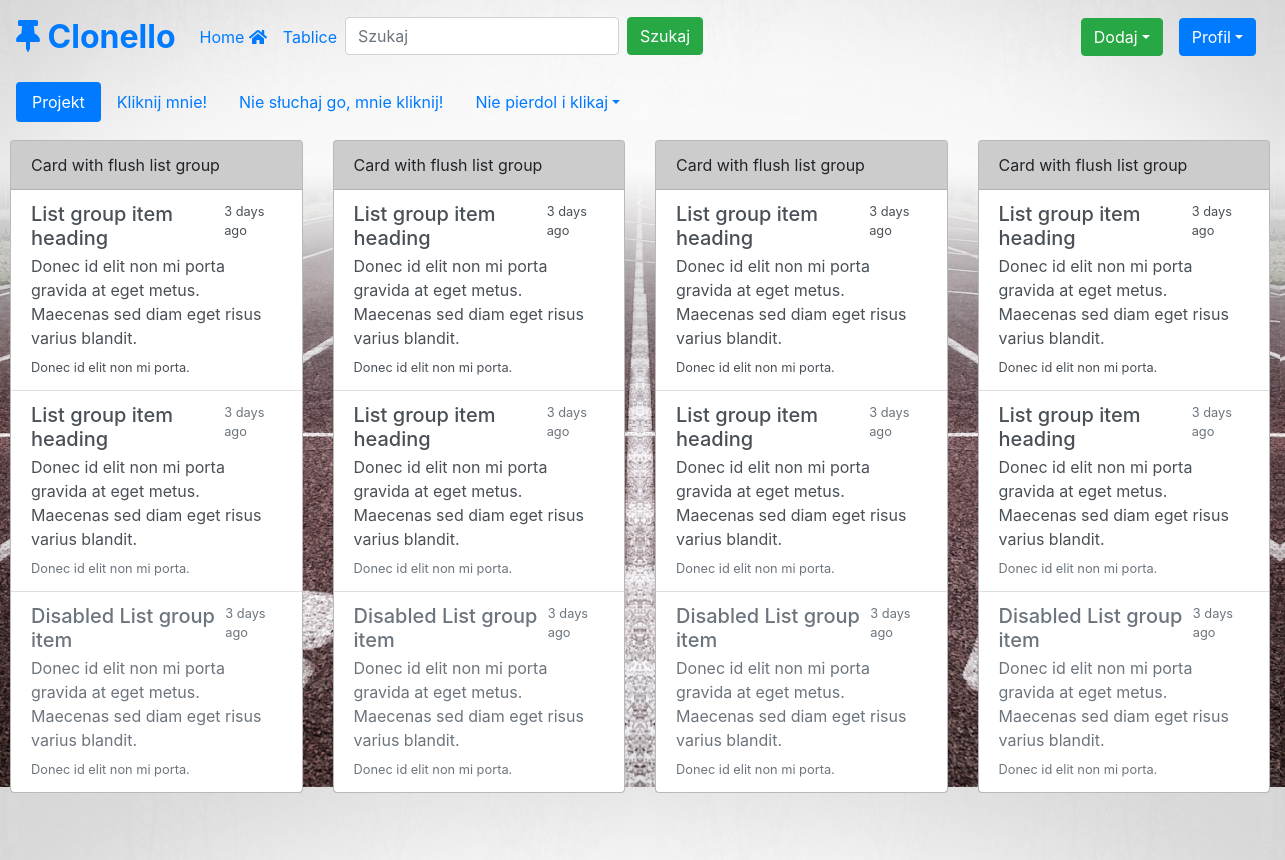
Repository: jnehlt/PAW-lab
Page: / (app in Frontend/clonello/)
An editor plug-in stored every save of this project. The page is shown before and after a run of saves, followed by the edit.
The browser window is 1280 px wide. The page is 1285 px wide, so the pictures cover 1285 px, including what lies to the right of the window. The pictures show the whole page.
The project was rebuilt for these pictures with package versions that can differ from the ones it lists, and the page was loaded fresh each time.

Above is the page before, as saved 2020-04-24 23:52:43.

### Frontend/clonello/src/main.js
import "@babel/polyfill";
import "mutationobserver-shim";
import Vue from "vue";
import "./plugins/bootstrap-vue";
import App from "./App.vue";
import router from "./router";
import "@fortawesome/fontawesome-free/css/all.css";
import "@fortawesome/fontawesome-free/js/all.js";

Vue.config.productionTip = false;

new Vue({
  router,
  render: h => h(App)
}).$mount("#app");

### Frontend/clonello/src/App.vue
<template>
  <div id="app">
    <topheader></topheader>
    <projectheader></projectheader>

    <div class="row">
        <maincard></maincard>
        <maincard></maincard>
        <maincard></maincard>
        <maincard></maincard>
        <maincard></maincard>
        <maincard></maincard>
        <maincard></maincard>
        <maincard></maincard>
    </div>
    <router-view />
  </div>
</template>

<script>
import TopHeader from "@/components/TopHeader.vue";
import ProjectHeader from "@/components/ProjectHeader.vue";
import MainCard from "@/components/MainCard.vue";

export default {
  components: {
    "topheader": TopHeader,
    "projectheader": ProjectHeader,
    "maincard": MainCard
  }
};
</script>

<style lang="scss">

body {
    background-image: url("../src/assets/running-track-sn-3000x2001.jpg");
    background-size: cover;
    background-position: center;
}

.dropdown-header {
    font-size: larger;
    font-weight: bolder;
}

html, body {
    height: 100%;
}

.list-head {
    font-weight: bolder;
    text-transform: uppercase;
}

.row {
  display: flex;
  flex-wrap: nowrap;
  overflow-x: auto;
  margin-left: -5px;
  margin-right: -5px;
  margin-top: 10px;
  height: 100vh;
}

::-webkit-scrollbar {
  height: 4px;              /* height of horizontal scrollbar ← You're missing this */
  width: 4px;               /* width of vertical scrollbar */
  border: 1px solid #d5d5d5;
  margin-left: -5px;
  margin-right: -5px;
}


</style>

### Frontend/clonello/src/components/TopHeader.vue
<template>
  <div>
    <nav class="navbar navbar-expand-lg">
      <a class="navbar-brand" href="#"><i class="fas fa-thumbtack"></i> Clonello</a>
      <button class="navbar-toggler navbar-dark" type="button" data-toggle="collapse" data-target="#navbarNav" aria-controls="navbarNav" aria-expanded="false" aria-label="Toggle navigation">
          <span class="navbar-toggler-icon"></span>
      </button>
      <div class="collapse navbar-collapse" id="navbarNav">
        <ul class="navbar-nav mr-auto">
          <li class="nav-item">
            <a class="nav-link" href="#">Home <i class="fas fa-home"></i></a>
          </li>
          <li class="nav-item">
            <a class="nav-link" href="#">Tablice</a>
          </li>
          <li class="nav-item">
            <form class="form-inline my-2 my-lg-0">
              <input class="form-control mr-sm-2" type="search" placeholder="Szukaj" aria-label="Search">
              <button class="btn btn-success my-2 my-sm-0" type="submit">Szukaj</button>
            </form>
          </li>
        </ul>
        <ul class="navbar-right navbar-nav">
          <li>
            <b-dropdown id="dropdown-right" right text="Dodaj" variant="success" class="m-2">
              <b-dropdown-item href="#">Coś</b-dropdown-item>
              <b-dropdown-item href="#">Coś innego</b-dropdown-item>
              <b-dropdown-item href="#">Dobra, spierdalaj!</b-dropdown-item>
            </b-dropdown>
            <b-dropdown id="dropdown-right" right text="Profil" variant="primary" class="m-2">
              <b-dropdown-item href="#">Ustawienia</b-dropdown-item>
              <b-dropdown-item href="#">Wyloguj</b-dropdown-item>
            </b-dropdown>
          </li>
        </ul>
      </div>
    </nav>
  </div>
  <!-- class="btn btn-success" type="button" data-toggle="collapse" data-target="#collapseAdd" aria-expanded="false" aria-controls="collapseAdd">Dodaj <i class="fas fa-plus"></i>
            </button> -->
</template>

<script>



export default {

};
</script>

<!-- Add "scoped" attribute to limit CSS to this component only -->
<style scoped lang="scss">
.navbar-brand {
    font-weight: bolder;
    font-size: 2em;
}

.navbar {
    background-color: transparent;
}

.navbar-toggler {
    background-color: #4e555b;
}

</style>

### Frontend/clonello/src/components/ProjectHeader.vue
<template>
  <div>
      <div class="navbar navbar-expand-lg">
      <ul class="nav nav-pills nav-fill">
        <li class="nav-item">
          <a class="nav-link active" href="#">Projekt</a>
        </li>
        <li class="nav-item">
          <a class="nav-link" href="#">Kliknij mnie!</a>
        </li>
        <li class="nav-item">
          <a class="nav-link" href="#">Nie słuchaj go, mnie kliknij!</a>
        </li>
        <li class="nav-item dropdown">
          <b-nav-item-dropdown text="Nie pierdol i klikaj" right>
            <b-dropdown-item href="#">Wkurwia</b-dropdown-item>
            <b-dropdown-item href="#">Mnie</b-dropdown-item>
            <b-dropdown-item href="#">Ta</b-dropdown-item>
            <b-dropdown-item href="#">Uczelnia</b-dropdown-item>
          </b-nav-item-dropdown>
        </li>
      </ul>
    </div>
  </div>
</template>

<script>
export default {

}
</script>

<style>
.navbar-brand {
    font-weight: bolder;
    font-size: 2em;
}

.navbar {
    background-color: transparent;
}

.navbar-toggler {
    background-color: #4e555b;
}

</style>

### Frontend/clonello/src/components/MainCard.vue
<template>
        <div class="col-3 col-md-3 col-sm-3">
            <b-card id="duties-card" no-body header="Card with flush list group">
                <b-list-group flush="">
                    <b-list-group-item href="#" class="flex-column align-items-start">
                        <div class="d-flex w-100 justify-content-between">
                        <h5 class="mb-1">List group item heading</h5>
                        <small>3 days ago</small>
                        </div>

                        <p class="mb-1">
                        Donec id elit non mi porta gravida at eget metus. Maecenas sed diam eget risus varius blandit.
                        </p>

                        <small>Donec id elit non mi porta.</small>
                    </b-list-group-item>

                    <b-list-group-item href="#" class="flex-column align-items-start">
                        <div class="d-flex w-100 justify-content-between">
                        <h5 class="mb-1">List group item heading</h5>
                        <small class="text-muted">3 days ago</small>
                        </div>

                        <p class="mb-1">
                        Donec id elit non mi porta gravida at eget metus. Maecenas sed diam eget risus varius blandit.
                        </p>

                        <small class="text-muted">Donec id elit non mi porta.</small>
                    </b-list-group-item>

                    <b-list-group-item href="#" disabled class="flex-column align-items-start">
                        <div class="d-flex w-100 justify-content-between">
                        <h5 class="mb-1">Disabled List group item</h5>
                        <small class="text-muted">3 days ago</small>
                        </div>

                        <p class="mb-1">
                        Donec id elit non mi porta gravida at eget metus. Maecenas sed diam eget risus varius blandit.
                        </p>

                        <small class="text-muted">Donec id elit non mi porta.</small>
                    </b-list-group-item>
                </b-list-group>
            </b-card>
        </div>
</template>

<script>
export default {

}
</script>

<style>
#duties-card {
    background-color: lightgray;
}

</style>

### Frontend/clonello/src/views/Home.vue
<template>
  <div class="home"></div>
</template>

<script>
// @ is an alias to /src
export default {
  name: "Home",
  components: {}
};
</script>

Loaded but not shown: Frontend/clonello/public/index.html (common file); Frontend/clonello/src/plugins/bootstrap-vue.js (common file); Frontend/clonello/src/router/index.js (common file)

After the next 9 saves:
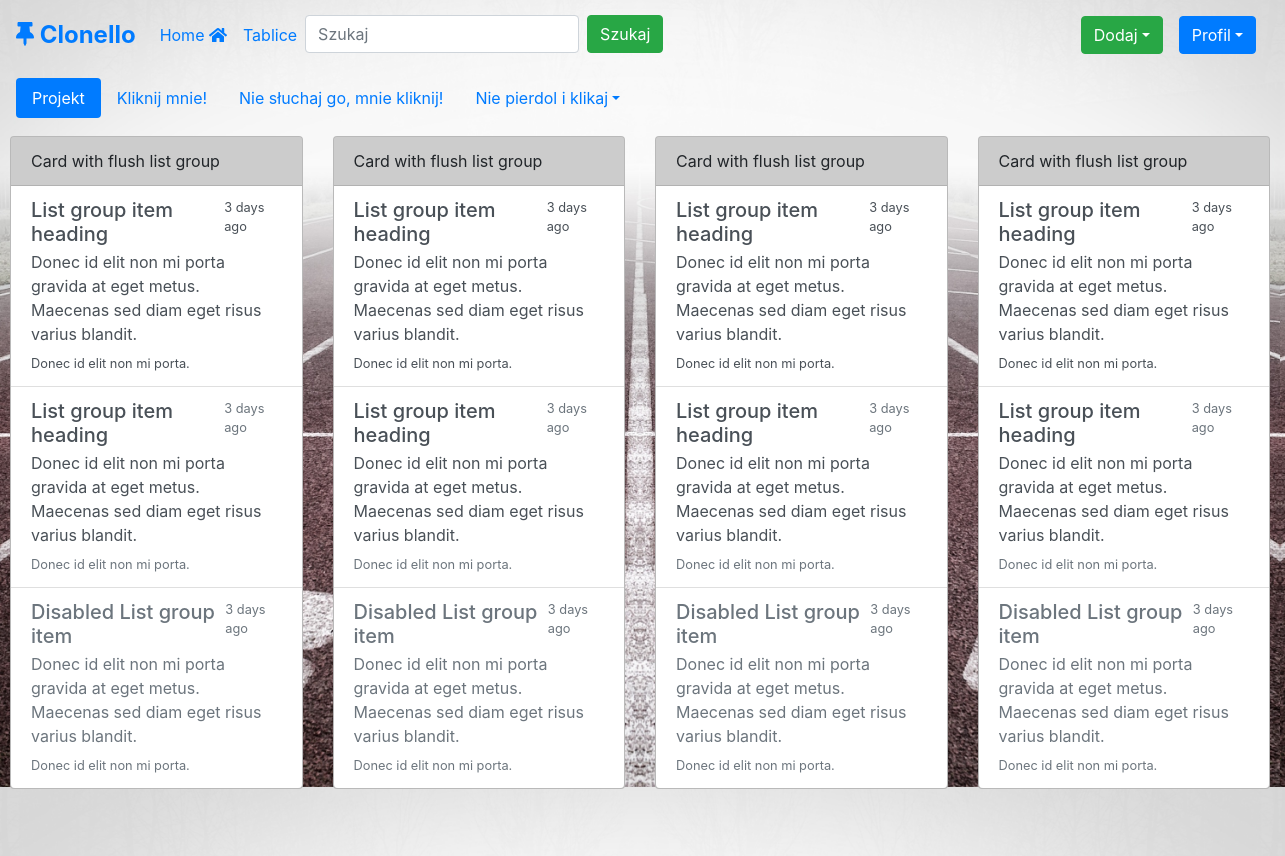
The 9 saves are shown as one change because 1 did not build or start and some came seconds apart.
The last was saved 38 s later.
--- a/Frontend/clonello/src/components/TopHeader.vue
+++ b/Frontend/clonello/src/components/TopHeader.vue
@@ -64,4 +64,8 @@
     background-color: #4e555b;
 }
 
+.navbar-brand {
+  font-size: 150%;
+}
+
 </style>

After the save that followed:
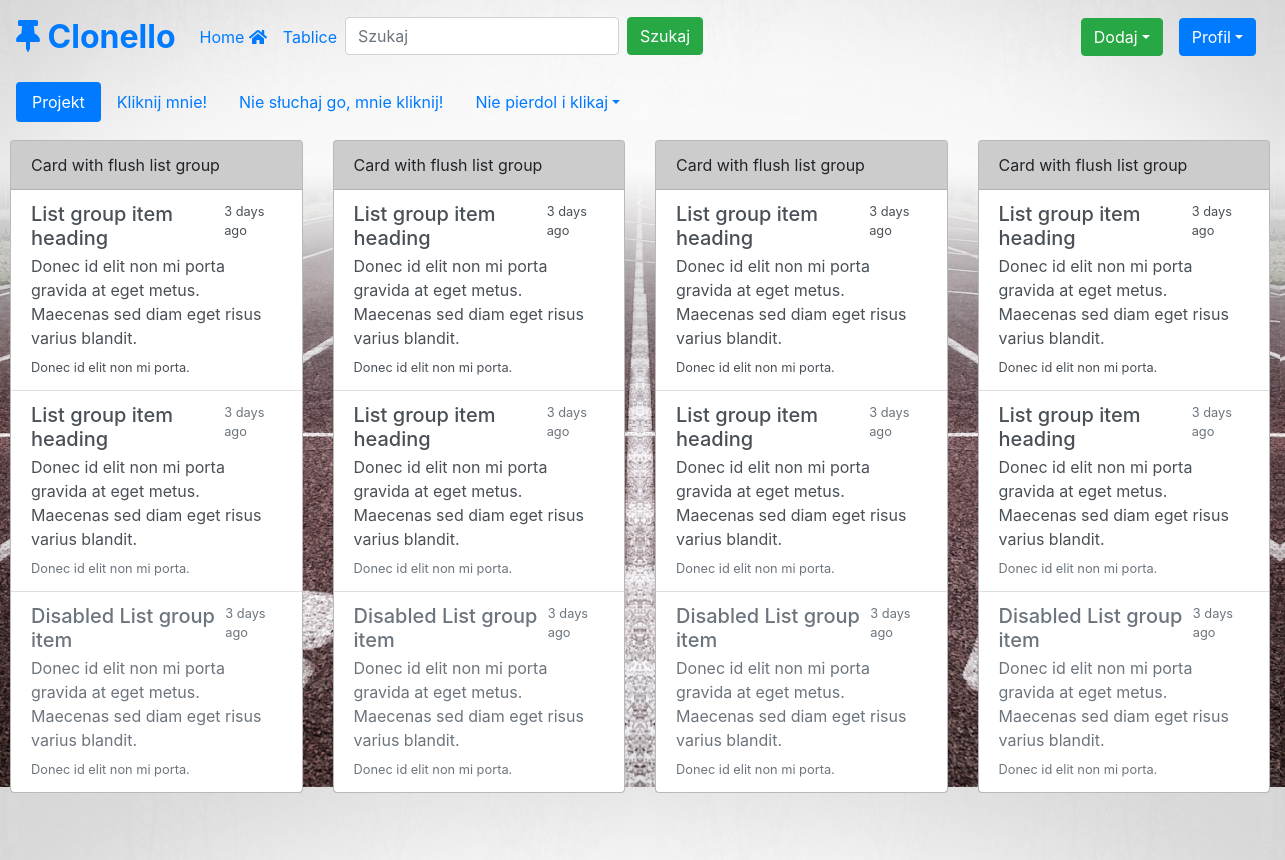
Saved 9 s later.
--- a/Frontend/clonello/src/components/TopHeader.vue
+++ b/Frontend/clonello/src/components/TopHeader.vue
@@ -64,8 +64,5 @@
     background-color: #4e555b;
 }
 
-.navbar-brand {
-  font-size: 150%;
-}
 
 </style>
